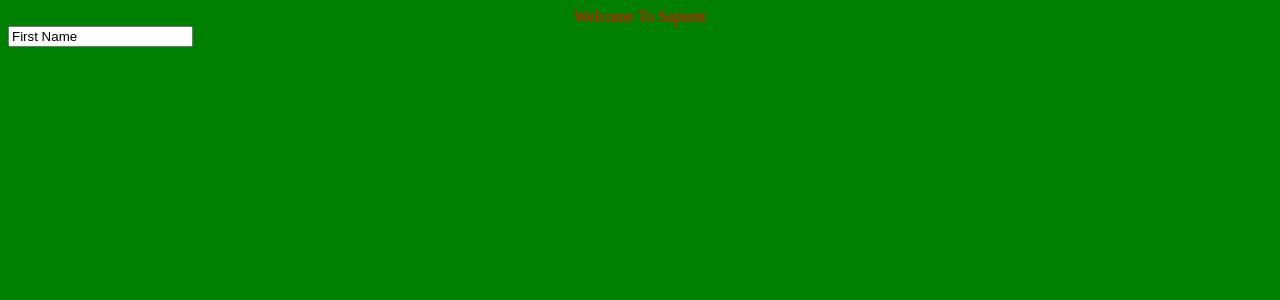
Repository: sauran/SapientTraining
Page: DemoProject/WebContent/Signup.html
The author's editor kept a copy of each file at every save. The page is drawn from the files as they stood at one save, then again after the next save.
The browser window is 1280 px wide. The pictures show the whole page.

Above is the page before, as saved 2015-09-15 08:32:44.

After the next save:
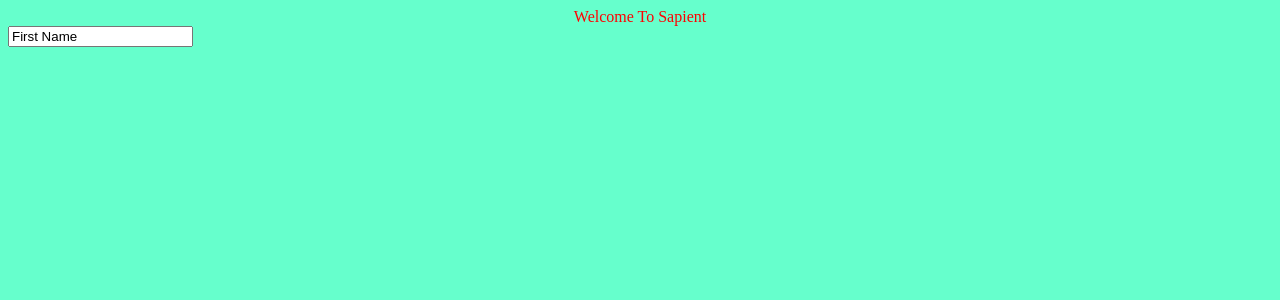
Saved 59 s later.
--- a/DemoProject/WebContent/Signup.html
+++ b/DemoProject/WebContent/Signup.html
@@ -4,7 +4,7 @@
 <meta charset="ISO-8859-1">
 <title>Sign Up</title>
 </head>
-<body style="background-color: green">
+<body style="background-color: #66FFCC">
 <center style="color:red"> Welcome To Sapient</center>
 
 <input type="text" value = "First Name">
